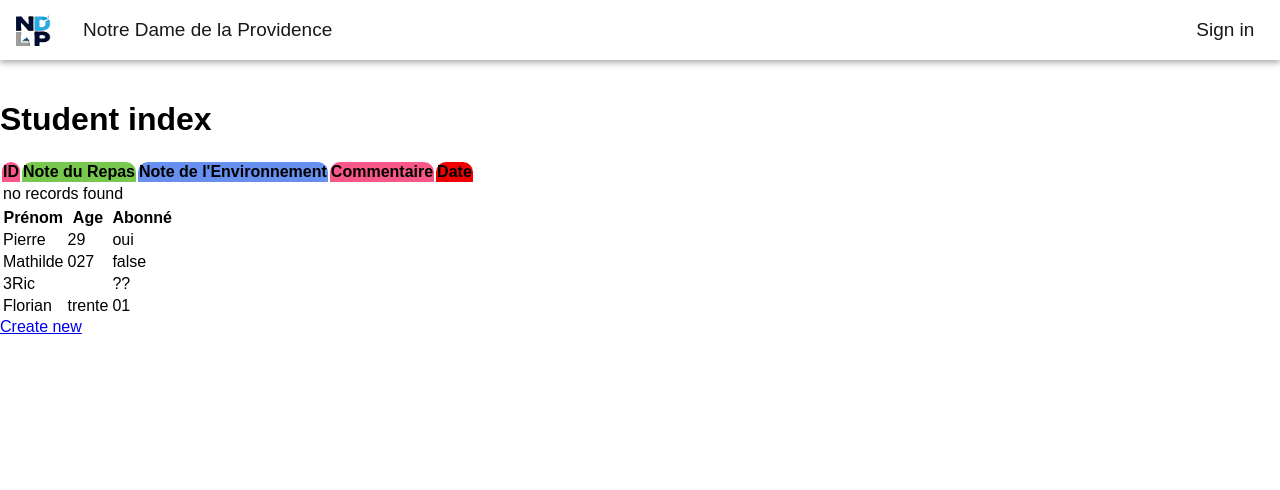
Repository: yaperson/self-feedback1
Page: templates/student/index.html.twig
The author's editor kept a copy of each file at every save. The page is drawn from the files as they stood at one save, then again after the next save.
The browser window is 1280 px wide. The pictures show the whole page.
The page is a Twig template of a Symfony application; nobody is signed in and links lead nowhere. The template is opened directly, without the code that normally fills it, so the values that code supplies are empty.

Above is the page before, as saved 2021-12-14 10:54:28.
Console error: TypeError: Cannot read properties of null (reading 'querySelectorAll')

### templates/student/index.html.twig
{% extends 'base.html.twig' %}

{% block title %}Student index{% endblock %}

{% block body %}
    <h1>Student index</h1>

    <script>
        const compare = function(ids, asc)
        {
            return function(row1, row2)
            {
                const tdValue = function(row, ids)
                {
                    return row.children[ids].textContent;
                }

                const tri = function(v1, v2)
                {
                    if (v1 !== '' && v2 !== '' && !isNaN(v1) && !isNaN(v2))
                    {
                        return v1 - v2;
                    }

                    else
                    {
                        return v1.toString().localeCompare(v2);
                    }

                    return v1 !== '' && v2 !== '' && !isNaN(v1) && !isNaN(v2) ? v1 - v2 : v1.toString().localeCompare(v2);
                };

                return tri(tdValue(asc ? row1 : row2, ids), tdValue(asc ? row2 : row1, ids));
            }
        }

        const tbody = document.querySelector('tbody');
        const thx = document.querySelectorAll('th');
        const trxb = tbody.querySelectorAll('tr');

        thx.forEach(function(th)
        {
            th.addEventListener('click', function()
            {
                let classe = Array.from(trxb).sort(compare(Array.from(thx).indexOf(th), this.asc = !this.asc));

                classe.forEach(function(tr)
                {
                    tbody.appendChild(tr)
                });
            })
        });
    </script>

    <table class="table">
        <thead>
            <tr>
                <th style="background-color:#F85888; border-top-left-radius: 10px; -moz-border-radius-topleft: 10px; -webkit-border-top-left-radius: 10px; -khtml-border-top-left-radius: 10px; -icab-border-top-left-radius: 10px; -o-border-top-left-radius: 10px; border-top-right-radius: 10px; -moz-border-radius-topright: 10px; -webkit-border-top-right-radius: 10px; -khtml-border-top-right-radius: 10px; -icab-border-top-right-radius: 10px; -o-border-top-right-radius: 10px;">ID</th>
                <th style="background-color:#78C850; border-top-left-radius: 10px; -moz-border-radius-topleft: 10px; -webkit-border-top-left-radius: 10px; -khtml-border-top-left-radius: 10px; -icab-border-top-left-radius: 10px; -o-border-top-left-radius: 10px; border-top-right-radius: 10px; -moz-border-radius-topright: 10px; -webkit-border-top-right-radius: 10px; -khtml-border-top-right-radius: 10px; -icab-border-top-right-radius: 10px; -o-border-top-right-radius: 10px;">Note du Repas</th>
                <th style="background-color:#6890F0; border-top-left-radius: 10px; -moz-border-radius-topleft: 10px; -webkit-border-top-left-radius: 10px; -khtml-border-top-left-radius: 10px; -icab-border-top-left-radius: 10px; -o-border-top-left-radius: 10px; border-top-right-radius: 10px; -moz-border-radius-topright: 10px; -webkit-border-top-right-radius: 10px; -khtml-border-top-right-radius: 10px; -icab-border-top-right-radius: 10px; -o-border-top-right-radius: 10px;">Note de l'Environnement</th>
                <th style="background-color:#F85888; border-top-left-radius: 10px; -moz-border-radius-topleft: 10px; -webkit-border-top-left-radius: 10px; -khtml-border-top-left-radius: 10px; -icab-border-top-left-radius: 10px; -o-border-top-left-radius: 10px; border-top-right-radius: 10px; -moz-border-radius-topright: 10px; -webkit-border-top-right-radius: 10px; -khtml-border-top-right-radius: 10px; -icab-border-top-right-radius: 10px; -o-border-top-right-radius: 10px;">Commentaire</th>
                <th style="background-color:#F00000; border-top-left-radius: 10px; -moz-border-radius-topleft: 10px; -webkit-border-top-left-radius: 10px; -khtml-border-top-left-radius: 10px; -icab-border-top-left-radius: 10px; -o-border-top-left-radius: 10px; border-top-right-radius: 10px; -moz-border-radius-topright: 10px; -webkit-border-top-right-radius: 10px; -khtml-border-top-right-radius: 10px; -icab-border-top-right-radius: 10px; -o-border-top-right-radius: 10px;">Date</th>
            </tr>
        </thead>
        <tbody>
        {% for student in students %}
            <tr>
                <td>{{ student.id }}</td>
                <td>{{ student.noteRepas }}</td>
                <td>{{ student.noteValeurEnvironnement }}</td>
                <td>{{ student.noteCommentaire }}</td>
                <td>{{ student.noteDate ? student.noteDate|date('Y-m-d') : '' }}</td>
            </tr>
        {% else %}
            <tr>
                <td colspan="6">no records found</td>
            </tr>
        {% endfor %}
        </tbody>
    </table>

    <table>
        <thead>
            <tr>
                <th>Prénom</th>
                <th>Age</th>
                <th>Abonné</th>
            </tr>
        </thead>

        <tbody>
            <tr>
                <td>Pierre</td>
                <td>29</td>
                <td>oui</td>
            </tr>

            <tr>
                <td>Mathilde</td>
                <td>027</td>
                <td>false</td>
            </tr>

            <tr>
                <td>3Ric</td>
                <td></td>
                <td>??</td>
            </tr>

            <tr>
                <td>Florian</td>
                <td>trente</td>
                <td>01</td>
            </tr>
        </tbody>
    </table>

    <a href="{{ path('student_new') }}">Create new</a>
{% endblock %}

### templates/base.html.twig
<!doctype html>
<html lang="en">
  <head>
    <meta charset="utf-8">
    <meta name="viewport" content="width=device-width, initial-scale=1, shrink-to-fit=no">
    <meta name="description" content="">
    <meta name="author" content="">
    <title>
        {% block title %} Welcome!
        {% endblock %}

    </title>
    <link rel="shortcut icon" href="images/cropped-cropped-NDLP-3-min-e1544695116495.png" type="image/x-icon">
    <link rel="stylesheet" href="css/style.css">
    <link rel="stylesheet" href="css/home.css">
    <!-- Bootstrap core CSS -->
    {# <link rel="stylesheet" href="/css/bootstrap.css" > #}
    {# <link rel="stylesheet" href="/css/starter-template.css" > #}

    <!-- Bootstrap core JS    # MIS EN COMMENTAIRE CAR BUGUE, A REGLER #
    <script src="js/bootstrap.js" > -->

 {% block stylesheets %}
 {% endblock %}
 {% block javascripts %}
 {% endblock %}

  </head>

  <body>
        <nav class="topnav" id="myTopnav">
          <div id="left">
            <img class="topnav__link img" src="/images/cropped-cropped-NDLP-3-min-e1544695116495.png">
            <span class="topnav__link">Notre Dame de la Providence</span>
          </div>
          {% if is_granted('ROLE_USER') %}
              <div class="nav-link disabled">
                <i class="fas fa-user"></i>
                {% if app.user %}
                  <strong>{{ app.user.username }}</strong>
                {% endif %}
              </div>
              <a class="topnav__link" id="right" href="{{ path('app_logout') }}">{{'Logout'|trans}}</a>
              {% else %}
              <a class="topnav__link" id="right" href="{{ path('app_login') }}">{{'Sign in'|trans}}</a>
              {% endif %}
        </nav>

    <main>
          {% block body %}{% endblock %}

    </main><!-- /.container -->
    {#
    <!-- Bootstrap core JavaScript
    ================================================== -->
    <!-- Placed at the end of the document so the pages load faster -->
    <script src="https://code.jquery.com/jquery-3.2.1.slim.min.js" integrity="sha384-KJ3o2DKtIkvYIK3UENzmM7KCkRr/rE9/Qpg6aAZGJwFDMVNA/GpGFF93hXpG5KkN" crossorigin="anonymous"></script>
    <script>window.jQuery || document.write('<script src="../../../../assets/js/vendor/jquery-slim.min.js"><\/script>')</script>
    <script src="../../../../assets/js/vendor/popper.min.js"></script>
    <script src="../../../../dist/js/bootstrap.min.js"></script> #}
  </body>
</html>

### public/css/style.css
html{
    width: 100%;
    width: 100%;
    height: 100%;
}


body{
    display: grid;
    margin: 0;
    width: 100%;
    height: 100vh;
    font-family: Arial, Helvetica, sans-serif;
}

main {
  margin-top: 5rem;
}

#btn5 {
  background: linear-gradient(180deg, #2aa1d4 0%, rgba(42, 158, 207, 0.992) 0.01%, rgba(43, 158, 207, 0.65) 99.97%, rgba(41, 157, 207, 0.67) 99.98%, rgba(45, 170, 225, 0.89) 100%);
  box-shadow: 0px 4px 4px rgba(0, 0, 0, 0.12);
  border-radius: 30px;
  border: none;
}
/***********************************************/
.topnav {
  overflow: hidden;
  background-color: rgb(255, 255, 255);
  box-shadow: 0 3px 6px 0 rgb(175, 175, 175);
  user-select: none;
  z-index: 2;
  display: flex;
  align-items: center;
  justify-content: space-between;
  position: fixed;
  width: 100%;
}
.topnav .topnav__link {
  float: left;
  color: #181818;
  padding: 14px 16px;
  text-decoration: none;
  font-size: 19px;
  transition: 0.2s;
}
#left {
  display: flex;
  align-items: center;
}
#right {
  float: right;
  /* margin-left: 75%; */
  padding-right: 2%;
}
.img {
  width: 35px;
  height: 32px;
  left: 11px;
  top: 7px;
}
.topnav .topnav__link:hover {
  color: #060c18;
  transition: 0.2s;
}
  /*****/
  .foo-container {
    display: flex;
    position: absolute;
    justify-content: center;
    align-items: center;
    bottom: 0;
    width: 100%;
    /* height: 164px; */
    color: white;
    background: #424242;
  }
  .bloc {
    display: flex;
    justify-content: space-around;
    margin: 10px;
    width: 50%;
  }

/***********************************************/

.error{
  display: flex;
  position: absolute;
  justify-content: center;
  align-items: center;
  width: 100%;
  height: 50px;
  background-color: red;
  animation: kboom infinite 1s;
  color: white;
}

@keyframes kboom {
  0%{
    background-color: red;
  }
  100%{
    background-color: blue;
  }
}



element.style {
  background-image: url(assets/img/image1.jpg);
  height: 100vh;
}
.bg-image {
  display: flex;
  justify-content: center;
  align-items: center;
  position: relative;
  overflow: hidden;
  background-repeat: no-repeat;
  background-size: cover;
  background-position: 50%;
}

@media (max-width: 750px) {
  .foo-container {
    color: #b6b6fb;
  }
  .topnav {
    max-width: 100%;
  }
}

### public/css/home.css
.main__title{
    display: flex;
    justify-content: center;
}

.title{
    font-size: 5rem;
    transition: 0.2s;
    animation: fromTop 2s ;
}

/***************/
.main__btn{
    justify-content: center;
    align-content: center;
    align-items: center;
    text-align: center;
    display: flex;
}

#btn5{
    display: flex;
    align-items: center;
    justify-content: center;
    position: relative;
    overflow: hidden;
    color: rgb(255, 255, 255);
    mix-blend-mode: normal;
    cursor: pointer;
    outline: none;
    border: none;
    width: 20%;
    height: 60px;
    text-decoration: none;
}
.TxtBtn {
    position: relative;
    pointer-events: none;
}

@media screen and (max-width: 750px) {
    main{
        max-width: 100%;
        height: 80%;
    }
    h1 {
        font-size: 60px;
        margin: auto;
    }
    h3{
        font-size: 50px;
    }
    #target{
        font-size: 50px;
    }
    #btn5{
        width: 200px;
    }
}

@keyframes fromTop {
    0% {
        color: rgba(0, 0, 0, 0);
        transition: 0.2s;
        margin-top: 20px;
    }
    100% {
        color: rgb(0, 0, 0);
        /* transition: 0.2s; */
    }
}

After the next save:
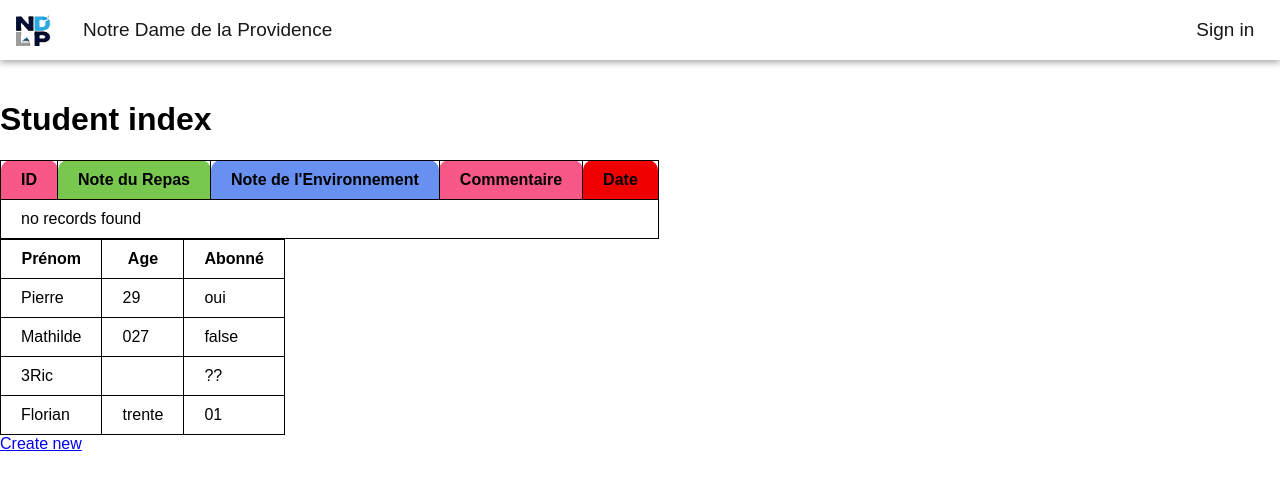
Saved 101 s later.
--- a/templates/student/index.html.twig
+++ b/templates/student/index.html.twig
@@ -4,6 +4,19 @@
 
 {% block body %}
     <h1>Student index</h1>
+
+    <style>
+        table
+        {
+            border-collapse: collapse;
+        }
+
+        th, td
+        {
+            border: 1px solid black;
+            padding: 10px 20px;
+        }
+    </style>
 
     <script>
         const compare = function(ids, asc)
